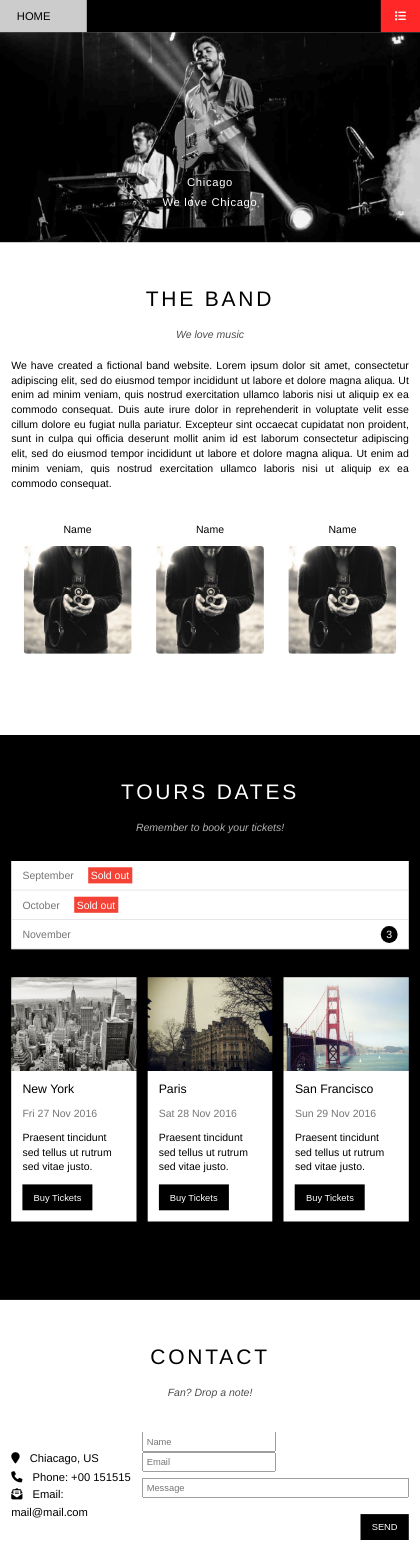
Repository: NguyenMinhChau/Theband
Page: index.html
These files come from the project's save history. The page is drawn as it stood at one moment and after a run of saves; the edit follows.
The browser window is 600 px wide. The pictures show the part of the page from y = 0 to 2240 px (the page is 3023 px tall), at 70% of full size.
The pointer rests on the first visible `#header .icon-search`.
Some web libraries are served in a nearby version.

Above is the page before, as saved 2021-10-24 09:23:16.

### index.html
<!DOCTYPE html>
<html lang="en">
<head>
    <meta charset="UTF-8">
    <meta http-equiv="X-UA-Compatible" content="IE=edge">
    <meta name="viewport" content="width=device-width, initial-scale=1.0">
    <title>THE BAND</title>
    <link rel="icon" href="https://www.w3schools.com/w3css/img_la.jpg"/>
    <script src="https://kit.fontawesome.com/a7b0f58175.js" crossorigin="anonymous"></script>
    <link rel="stylesheet" href="./assets/css/style.css">
    <link rel="stylesheet" href="./assets/css/responsive.css">
</head>
<body>
    <div id="main">
        <div id="header">
            <!-- Begin Navigation -->
            <ul id="nav">
                <li><a href="#">Home</a></li>
                <li><a href="#about">Band</a></li>
                <li><a href="#tour">Tour</a></li>
                <li><a href="#contact">Contact</a></li>
                <li><a href="#">More <i class="fas fa-caret-down"></i></a>
                    <ul class="subnav">
                        <li><a href="#">Merchandise</a></li>
                        <li><a href="#">Extras</a></li>
                        <li><a href="#">Media</a></li>
                    </ul>
                </li>
            </ul>
            <!-- End Navigation -->

            <!-- Begin Search -->
            <div class="icon-search">
                <a href="#"><i class="header-icon-search fas fa-search"></i></a>
                <a href="#"><i class="header-icon-list fas fa-list"></i></a>
            </div>
            <!-- End Search -->
        </div>

        <div id="slider">
            <div class="description">
                <h4>Chicago</h4>
                <p>We love Chicago</p>
            </div>
        </div>

        <div id="content">
            <!-- section: dành cho những phần dùng chung -->
            <!-- ABOUT SECTION -->
            <div id="about" class="content-section">
                <h2 class="section-heading">The Band</h2>
                <p class="section-subheading">We love music</p>
                <p class="about-text">We have created a fictional band website. Lorem ipsum dolor sit amet, consectetur adipiscing elit, sed do eiusmod tempor incididunt ut labore et dolore magna aliqua. Ut enim ad minim veniam, quis nostrud exercitation ullamco laboris nisi ut aliquip ex ea commodo consequat. Duis aute irure dolor in reprehenderit in voluptate velit esse cillum dolore eu fugiat nulla pariatur. Excepteur sint occaecat cupidatat non proident, sunt in culpa qui officia deserunt mollit anim id est laborum consectetur adipiscing elit, sed do eiusmod tempor incididunt ut labore et dolore magna aliqua. Ut enim ad minim veniam, quis nostrud exercitation ullamco laboris nisi ut aliquip ex ea commodo consequat.</p>
                <div class="members-list">
                    <div class="member-item col-3">
                        <p class="member-name">Name</p>
                        <img src="./assets/img/about_member01.jpg" alt="" class="member-avata">
                    </div>
                    <div class="member-item col-3">
                        <p class="member-name">Name</p>
                        <img src="./assets/img/about_member01.jpg" alt="" class="member-avata">
                    </div>
                    <div class="member-item col-3">
                        <p class="member-name">Name</p>
                        <img src="./assets/img/about_member01.jpg" alt="" class="member-avata">
                    </div>
                    <div class="clear"></div>
                </div>
            </div>

            <!-- TOUR SECTION -->
            <div id="tour" class="tour-section">
                <div class="content-section">
                    <h2 class="section-heading text-white">Tours Dates</h2>
                    <p class="section-subheading text-white">Remember to book your tickets!</p>
                    <ul class="tickets-list">
                        <li>September <span class="sold-out">Sold out</span></li>
                        <li>October <span class="sold-out">Sold out</span></li>
                        <li>November <span class="quantity">3</span></li>
                    </ul>
                    <div class="row places-list">
                        <div class="col col-3">
                            <img src="./assets/img/tour_place01.jpg" alt="New York" class="place-img">
                            <div class="place-body">
                                <h3 class="place-heading">New York</h3>
                                <p class="place-time">Fri 27 Nov 2016</p>
                                <p class="plave-desc">Praesent tincidunt sed tellus ut rutrum sed vitae justo.</p>
                                <button href="#" class="btn js-buy-ticket">Buy Tickets</button>
                            </div>
                        </div>
                        <div class="col col-3">
                            <img src="./assets/img/tour_place_02.jpg" alt="New York" class="place-img">
                            <div class="place-body">
                                <h3 class="place-heading">Paris</h3>
                                <p class="place-time">Sat 28 Nov 2016</p>
                                <p class="plave-desc">Praesent tincidunt sed tellus ut rutrum sed vitae justo.</p>
                                <button href="#" class="btn js-buy-ticket">Buy Tickets</button>
                            </div>
                        </div>
                        <div class="col col-3">
                            <img src="./assets/img/tour_place_03.jpg" alt="New York" class="place-img">
                            <div class="place-body">
                                <h3 class="place-heading">San Francisco</h3>
                                <p class="place-time">Sun 29 Nov 2016</p>
                                <p class="plave-desc">Praesent tincidunt sed tellus ut rutrum sed vitae justo.</p>
                                <button href="#" class="btn js-buy-ticket">Buy Tickets</button>
                            </div>
                        </div>
                        <div class="clear"></div>
                    </div>
                </div>
            </div>

            <!-- CONTACT SECTION -->
            <div id="contact" class="content-section">
                <h2 class="section-heading">Contact</h2>
                <p class="section-subheading">Fan? Drop a note!</p>
                <div class="contact-container">
                    <div class="infomation">
                        <p class="infomation-text">
                            <i class="fas fa-map-marker"></i>
                            Chiacago, US
                        </p>
                        <p class="infomation-text">
                            <i class="fas fa-phone"></i>
                            Phone: +00 151515
                        </p>
                        <p class="infomation-text">
                            <i class="fas fa-envelope-open-text"></i>
                            Email: mail@mail.com
                        </p>
                    </div>
                    <form class="input-infomation">
                        <div class="input-name-email">
                            <input type="text" class="intput-name" placeholder="Name" required>
                            <input type="email" class="intput-name" placeholder="Email" required>
                        </div>
                        <input type="text" class="ipnut-message" placeholder="Message" required>
                        <button class="btn pull-right">SEND</button>
                    </form>
                </div>
            </div>

            <!-- BEGIN MAP -->
            <div class="content-map-image"></div>
        </div>

        <div id="footer">
            <ul class="footer-social-list">
                <li class="social-item"><a href="#" class="social-link"><i class="fab fa-facebook-square"></i></a></li>
                <li class="social-item"><a href="#" class="social-link"><i class="fab fa-instagram-square"></i></a></li>
                <li class="social-item"><a href="#" class="social-link"><i class="fab fa-linkedin"></i></a></li>
                <li class="social-item"><a href="#" class="social-link"><i class="fab fa-youtube"></i></a></li>
                <li class="social-item"><a href="#" class="social-link"><i class="fab fa-twitter-square"></i></a></li>
            </ul>
            <p class="copyright">Powered by <a href="#">W3C</a></p>
        </div>
    </div>

    <!-- BEGIN MODEL -->
    <div class="modal">
        <div class="modal-container">
            <div class="modal-close">
                <i class="far fa-window-close"></i>
            </div>

            <header class="modal-header">
                <i class="fas fa-briefcase"></i> Tickets
            </header>

            <div class="modal-body">
                <div class="form-group">
                    <label for="money" class="modal-label">
                        <i class="fas fa-shopping-cart"></i>
                        Tickets, $15 per person
                    </label>
                    <input type="text" name="money" id="money" class="modal-input" placeholder="How many?">
                </div>

                <div class="form-group">
                    <label for="email" class="modal-label">
                        <i class="fas fa-user"></i>
                        Send To
                    </label>
                    <input type="email" name="email" id="email" class="modal-input" placeholder="Enter Email">
                </div>

                <button id="buy-tickets">
                    PAY <i class="fas fa-check"></i>
                </button>
            </div>

            <footer class="modal-footer">
                <p class="modal-help">Need
                    <a href="#">help?</a>
                </p>
            </footer>
        </div>
    </div>
    <!-- END MODAL -->
    <script src="assets/js/main.js"></script>
</body>
</html>

### assets/css/style.css
:root{
    --header-height: 46px;
}
*{
    box-sizing: border-box;
    margin: 0;
    padding: 0;
}

html{
    font-family: Helvetica, Arial, sans-serif;
}

/* BEGIN CSS COMMON */
.clear{
    clear: both;
}

.text-white{
    color: #fff !important;
}

.pull-right{
    float: right !important;
}

.row {
    margin: 0 -8px;
}

.col{
    float: left;
    padding: 0 8px;
}

.col-3{
    width: calc(100% / 3);
}

.btn{
    text-decoration: none;
    background-color: #000;
    color: #fff;
    padding: 11px 16px;
    /* Khắc phục tình trạng button che thẻ description */
    display: inline-block;
    margin-top: 15px;
    border: none;
}

.btn:hover{
    background-color: #ccc;
    color: #000;
    cursor: pointer;
}
/* END CSS COMMON */

/* BEGIN CSS HEADER */
#header{
    height: var(--header-height);
    background-color: #000;
    position: fixed;
    top: 0;
    left: 0;
    right: 0;
    /* Media query Mobile */
    overflow: hidden;
}

#nav{
    display: inline-block;
}

#nav,
#subnav{
    list-style-type: none;
}

#nav li{
    display: inline-block;
    position: relative;
}

#nav > li > a{
    color: #fff;
    text-transform: uppercase;
}

#nav li a {
    text-decoration: none;
    line-height: var(--header-height);
    padding: 0 24px;

    display: block;
}

#nav > li:hover > a,
#nav .subnav li:hover a {
    color: #000;
    background-color: #ccc;
}

#nav > li:hover .subnav{
    display: block;
}

#nav .subnav{
    display: none;
    position: absolute;
    background-color: #fff;
    box-shadow: 0 0 10px rgba(0,0,0,0.3);
    color: #000;
    top: 100%;
    left: 0;
}

#nav .subnav li a{
    color: #000;
    padding: 0 12px;
    line-height: 38px;
    min-width: 160px;
}

#nav .subnav li{
    display: block;
}

#header .icon-search{
    /* position: absolute;
    top: 0;
    right: 0; */
    float: right;
    line-height: var(--header-height);
    padding: 0 20px;
}

#header .icon-search a{
    text-decoration: none;
}

#header .icon-search:hover{
    background-color: rgb(255, 39, 39);
    cursor: pointer;
}

#header .icon-search .header-icon-search,
#header .icon-search .header-icon-list{
    color: #fff;
}
/* END CSS HEADER */


/* BEGIN CSS SLIDER */
#slider{
    position: relative;
    margin-top: var(--header-height);
    /* Kỹ thuật tạo ảnh không bị méo khi thay đổi kích thước */
    padding-top: 50%; /* % là theo chiều ngang của chính nó*/

    /* Khi dùng padding như trên -> ta dùng bg-image để tạo ảnh vì có thể đổ ảnh từ padding */
    background: url('../img/slider_band_chicago.jpg') no-repeat center / cover;
    z-index: -1;
}

#slider .description{
    position: absolute;
    bottom: 0;
    left: 50%;
    transform: translateX(-50%);

    color: #fff;
    text-align: center;
    margin-bottom: 48px;
    letter-spacing: 1px;
}

#slider .description h4,
#slider .description p{
    text-shadow: 0 0 10 rgba(0,0,0,0.5);
}

#slider .description h4{
    font-weight: 540;
    padding: 10px 0;
}
/* END CSS SLIDER */

/* BEGIN CSS CONTENT */
/* CSS ABOUT */
#content .content-section{
    width: 800px;
    margin: auto;
    padding: 64px 0 112px;

    /* Media query Tablet */
    max-width: 100%;
    padding-left: 16px;
    padding-right: 16px;
}

#content .section-heading,
#content .section-subheading{
    text-align: center;
}

#content .section-heading{
    font-size: 30px;
    font-weight: 500;
    text-transform: uppercase;
    letter-spacing: 4px;
}

#content .section-subheading{
    font-size: 15px;
    font-style: italic;
    margin: 25px 0;
    opacity: 0.7;
}

#content .about-text{
    text-align: justify;
    font-size: 15px;
    line-height: 1.4;
}

#content .members-list{
    margin-top: 48px;
}

#content .member-item{
    float: left;
    text-align: center;
}

#content .member-name{
    font-size: 15px;
}

#content .member-avata{
    margin-top: 15px;
    width: 154px;
    border-radius: 5px;
}

/* CSS TOUR */
#content .tour-section{
    background-color: #000;
}

#content .tickets-list{
    background-color: #fff;
    margin: 40px 0;
    list-style: none;
}

#content .tickets-list li{
    font-size: 15px;
    padding: 12px 16px;
    border-bottom: 1px solid #ddd;
    color: #757575;
}

#content .tickets-list .sold-out{
    background-color: #f44336;
    color: #fff;
    padding: 3px 4px;
    margin-left: 16px;
}

#content .tickets-list .quantity{
    float: right;
    background-color: #000;
    border-radius: 50%;
    width: 24px;
    height: 24px;
    color: #fff;
    text-align: center;
    line-height: 24px;
    margin-top: -3px;
}

#content .place-img{
    width: 100%;
    display: block;
}

#content .place-img:hover{
    opacity: 0.7;
}

#content .place-body{
    background-color: #fff;
    padding: 16px;
    font-size: 15px;
}

#content .place-heading{
    font-weight: 550;
}

#content .place-time{
    margin: 15px 0;
    color: #757575;
}

#content .plave-desc{
    line-height: 1.4;
}

/* CSS CONTACT */
#content .contact-container{
    display: flex;
    flex-direction: row;
    justify-content: space-between;
    align-items: center;
    margin-top: 48px;
}

#content .infomation-text{
    font-size: 16px;
    line-height: 1.6;
}

#content .infomation-text i {
    margin-right: 10px;
}

#content .input-name-email,
#content .ipnut-message{
    margin-bottom: 8px;
}

#content .intput-name,
#content .ipnut-message{
    padding: 5px 5px;
    outline: none;
}

#content .ipnut-message{
    width: 100%;
}

#content .content-map-image{
    height: 600px;
    background: url('../img/img-footer.jpg') no-repeat center / 100% 100%;
}
/* END CSS CONTENT */

/* BEGIN CSS FOOTER */
#footer{
    text-align: center;
    margin-bottom: 20px;
}

#footer .footer-social-list{
    list-style: none;
    margin-top: 32px;
    margin-bottom: 16px;
}

#footer .footer-social-list li{
    display: inline-block;
}

#footer .footer-social-list li a{
    color: rgb(185, 185, 185);
    padding: 0 10px;
}

#footer .footer-social-list li a i{
    font-size: 25px;
}

#footer .copyright a{
    text-decoration: none;
}
/* END CSS FOOTER */

/* BEGIN CSS MODAL */
.modal{
    position: fixed;
    top: 0;
    bottom: 0;
    right: 0;
    left: 0;
    background: rgba(0,0,0,0.3);
    align-items: center;
    justify-content: center;
    display: none;
}

.modal.open{
    display: flex;
}

.modal-container{
    position: relative;
    background-color: #fff;
    width: 900px;
    max-width: calc(100% - 30px);
    min-height: 200px;
    animation: modalFaceIn linear .5s;
}

@keyframes modalFaceIn{
    from {
        transform: translateY(-100%);
        opacity: 0;
    }
    to {
        transform: translateY(0);
        opacity: 1;
    }
}

.modal-close{
    position: absolute;
    top: 0;
    right: 0;
    color: #fff;
    padding: 12px;
}

.modal-close:hover{
    background-color: #ddd;
    color: #000;
    cursor: pointer;
}

.modal-header{
    height: 130px;
    background: #009688;
    text-align: center;
    line-height:130px;
    color: #fff;
    font-size: 30px;
}

.modal-body{
    padding: 16px;
}

.modal-label{
    display: block;
    font-size: 15px;
}

.modal-input{
    margin: 8px 0 18px 0;
    width: 100%;
    padding: 6px 5px;
    outline: none;
    border-color: #ccc;
    font-size: 15px;
}

#buy-tickets{
    width: 100%;
    background: #009688;
    border: none;
    color: #fff;
    text-transform: uppercase;
    padding: 12px;
}

#buy-tickets:hover{
    cursor: pointer;
    opacity: 0.9;
}

.modal-footer{
    padding: 12px;
    float: right;
}

.modal-help a{
    text-decoration: none;
    color: #009688;
}
/* END CSS MODAL */

### assets/css/responsive.css
/*
PC: >= 1024px (64em)
Tablet: >= 740px & < 1024px (>= 46.25em & < 63.9375em)
Mobile: < 740px (< 46.25em)
 */

@media (min-width: 64em) {

}

@media (min-width: 46.25em) and (max-width: 63.9375em) {

}

@media (max-width: 46.25em) {
    #nav li{
        display: block;
    }

    #header .header-icon-search{
        display: none;
    }

    #header .icon-search:hover{
        background-color: rgb(255, 39, 39);
        cursor: pointer;
    }
}

### assets/js/main.js
const $ = document.querySelector.bind(document)
const $$ = document.querySelectorAll.bind(document)

const btnTickets = $$('.js-buy-ticket');
const modal = $('.modal');
const modalContainer = $('.modal-container');
const modalClose = $('.modal-close');

for (const btnTicket of btnTickets) {
    btnTicket.addEventListener('click',function(e){
        modal.classList.add('open');
    })
}
modalClose.addEventListener('click',function(e){
    modal.classList.remove('open');
})

// Phải xác định sẽ không nổi bọt tới đâu
modal.addEventListener('click',function(e){
    modal.classList.remove('open');
})
modalContainer.addEventListener('click',function(e){
    e.stopPropagation();
})

After the next 2 saves:
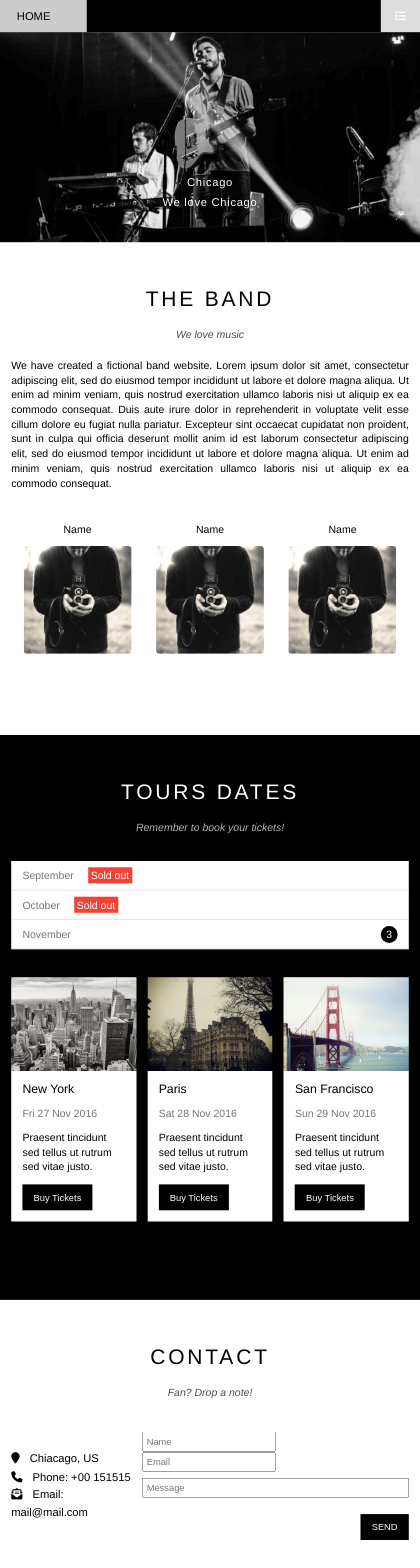
The 2 saves are shown as one change because they came seconds apart.
The last was saved 17 s later.
--- a/assets/css/responsive.css
+++ b/assets/css/responsive.css
@@ -22,7 +22,7 @@
     }
 
     #header .icon-search:hover{
-        background-color: rgb(255, 39, 39);
+        background-color: #ddd;
         cursor: pointer;
     }
 }

After the 4 saves that followed:
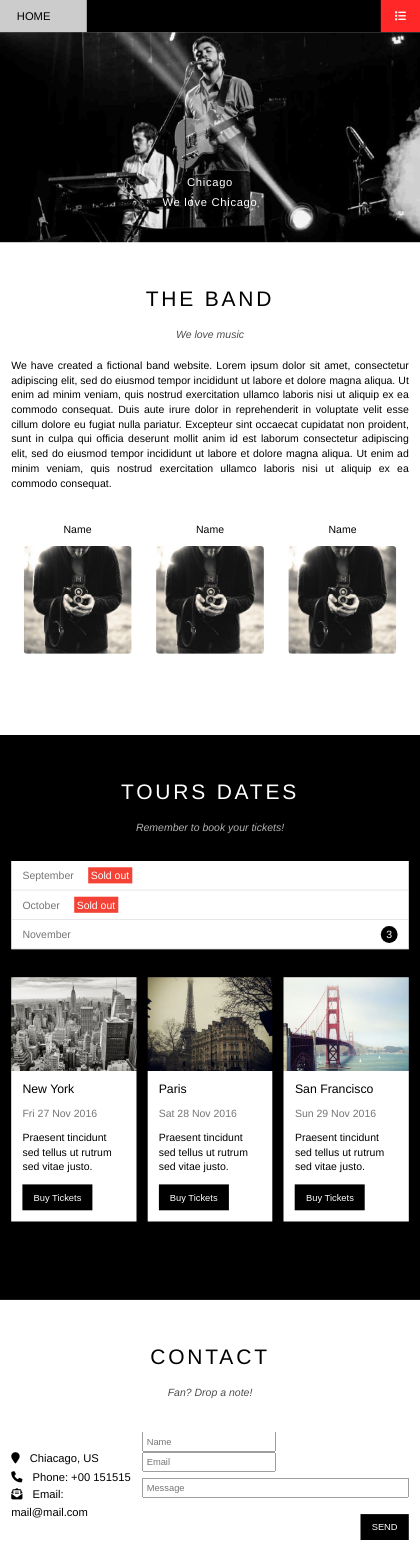
The 4 saves are shown as one change because 3 left the picture as it was.
The last was saved 81 s later.
--- a/assets/css/responsive.css
+++ b/assets/css/responsive.css
@@ -20,9 +20,4 @@
     #header .header-icon-search{
         display: none;
     }
-
-    #header .icon-search:hover{
-        background-color: #ddd;
-        cursor: pointer;
-    }
 }
